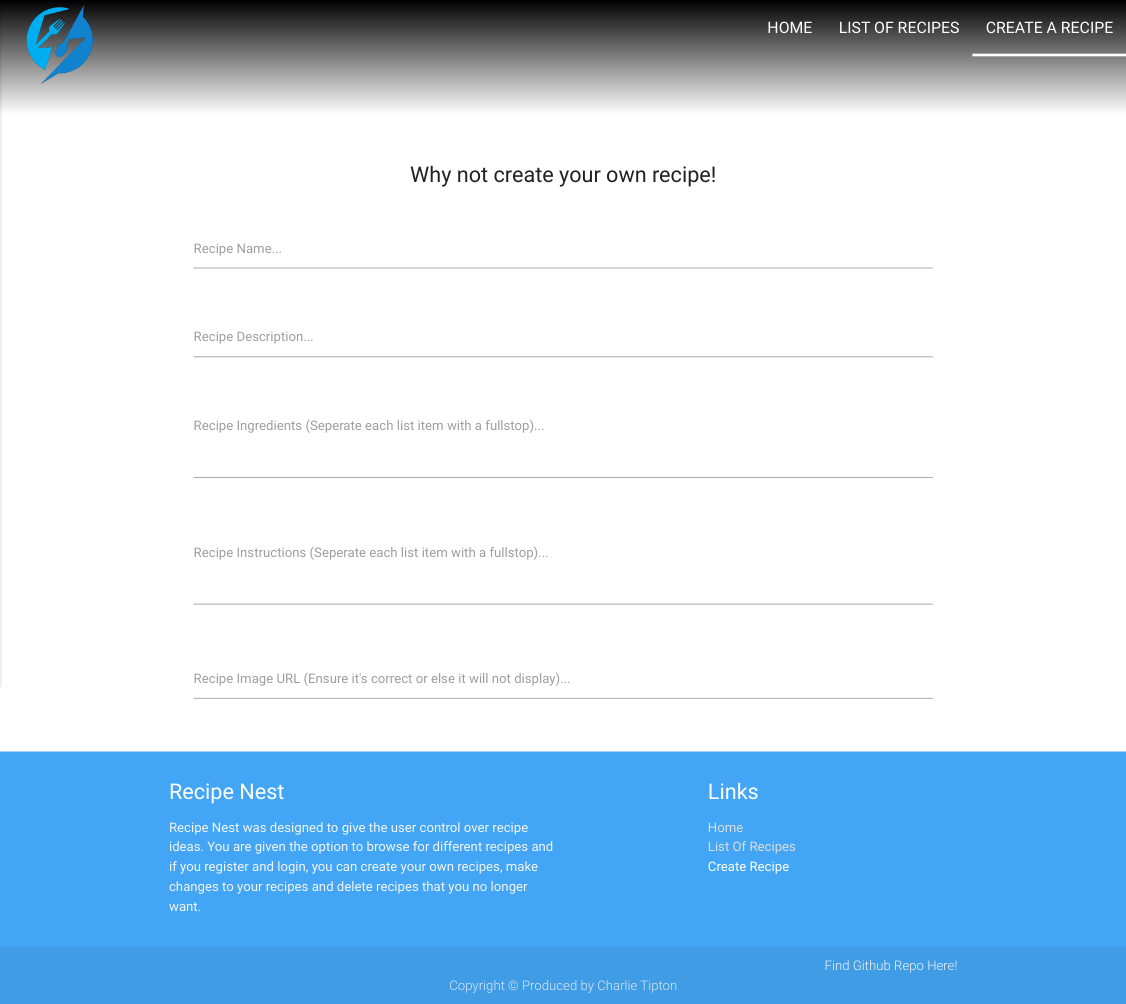
Repository: CharlieJT/Recipes
Page: http://localhost/create_recipe
The author's editor kept a record of every edit. The page is drawn from the files as they stood at one moment, then again after the next edit.
The browser window is 1280 px wide. The pictures show the whole page, at 88% of full size.
Some web libraries are served in a nearby version. The page is served by the project's application, run on Flask 3 (app.py).

Above is the page before.

### templates/create-recipe.html
{% extends 'base.html' %} {% block content %}

<!-- Recipe Navbar & Heading divider -->

<div class="container-fluid recipe-container-heading">
    <div class="row">
        <div class="col recipe-container-column">
            <div class="main-recipe-section" />
        </div>
    </div>
</div>

<!-- Main Heading -->

<section>
    <div id="recipe-container-listing" class="container-fluid ">
        <div class="row recipe-row">
            <!-- Main Recipes Header -->
            <div class="recipe-listing-column col s12">
                <h5>Why not create your own recipe!</h5>
            </div>
            <div class="container create-recipe-fields">
                <div class="row">
                    <form class="col s12">
                        <div class="row recipe-name-input-row">
                            <div class="input-field col s12">
                                <input id="create-recipe-listing" type="text" class="validate w-100">
                                <label for="create-recipe-listing-label">Recipe Name...</label>
                            </div>
                        </div>
                        <div class="row recipe-name-input-row">
                            <div class="input-field col s12">
                                <input id="create-recipe-listing" type="text" class="validate w-100">
                                <label for="create-recipe-listing-label">Recipe Description...</label>
                            </div>
                        </div>
                        <div class="row recipe-name-input-row">
                            <div class="input-field col s12">
                                <textarea id="create-recipe-listing" type="text" class="validate w-100 materialize-textarea" ></textarea>
                                <label for="create-recipe-listing-label">Recipe Ingredients (Seperate each list item with a fullstop)...</label>
                            </div>
                        </div>
                        <div class="row recipe-name-input-row">
                            <div class="input-field col s12">
                                <textarea id="create-recipe-listing" type="text" class="validate w-100 materialize-textarea" ></textarea>
                                <label for="create-recipe-listing-label">Recipe Instructions (Seperate each list item with a fullstop)...</label>
                            </div>
                        </div>
                        <div class="row recipe-name-input-row">
                            <div class="input-field col s12">
                                <input id="create-recipe-listing" type="text" class="validate w-100">
                                <label for="create-recipe-listing-label">Recipe Image URL (Ensure it's correct or else it will not display)...</label>
                            </div>
                        </div>
                    </form>
                </div>
            </div>
        </div>
    </div>

</section>



{% endblock %}

### templates/base.html
<!DOCTYPE html>
<html>

<head>
    <!--Import Google Icon Font-->
    <link href="https://fonts.googleapis.com/icon?family=Material+Icons" rel="stylesheet">

    <!--Import materialize.css-->
    <link rel="stylesheet" href="https://cdnjs.cloudflare.com/ajax/libs/materialize/0.100.2/css/materialize.min.css">

    <!-- Exteral styles -->
    <link rel="stylesheet" href="{{url_for('static', filename='css/base.css')}}" type="text/css" />
    <link rel="stylesheet" href="{{url_for('static', filename='css/index.css')}}" type="text/css" />
    <link rel="stylesheet" href="{{url_for('static', filename='css/recipe-listing.css')}}" type="text/css" />
    <link rel="stylesheet" href="{{url_for('static', filename='css/recipe.css')}}" type="text/css" />
    <link href="https://fonts.googleapis.com/icon?family=Material+Icons" rel="stylesheet">

    <!-- Favicon -->
    <link rel="icon" href="{{ url_for('static', filename='/images/favicon.ico') }}" type="image/x-icon" />

    <!--Let browser know website is optimized for mobile-->
    <meta name="viewport" content="width=device-width, initial-scale=1.0" />

    <title>Recipe Nest - {{ title }}</title>
</head>

<body>
    <!-- Main Navbar -->
    <nav class="navbar-container N/A transparent">
        <div class="nav-wrapper">
            <a href="{{ url_for('index') }}" id="recipes-logo">
                <img class="recipe-logo-image" src="static/images/recipe-nest.png" alt="Recipes Logo"/>
            </a>
            <a href="#" data-activates="mobile-demo" class="button-collapse"><i class="material-icons">menu</i></a>
            <ul id="nav-mobile" class="right hide-on-med-and-down navbar-listing">
                <li class="tab"><a class="nav-link" href="{{ url_for('index') }}">Home</a></li>
                <li class="tab"><a class="nav-link" href="{{ url_for('recipe_listing') }}">List of Recipes</a></li>
                <li class="tab"><a class="nav-link" href="{{ url_for('create_recipe') }}">Create a Recipe</a></li>
            </ul>
        </div>
    </nav>
    <ul class="side-nav" id="mobile-demo">
        <li class="tab"><a class="active" href="{{ url_for('index') }}">Home</a></li>
        <li class="tab"><a href="{{ url_for('recipe_listing') }}">List of Recipes</a></li>
        <li class="tab"><a href="{{ url_for('create_recipe') }}">Create a Recipe</a></li>
    </ul>

    {% block content %} {% endblock %}

    <!-- Footer -->
    <footer class="page-footer blue lighten-1">
        <div class="container">
            <div class="row">
                <div class="col l6 s12">
                    <h5 class="white-text">Recipe Nest</h5>
                    <p class="grey-text text-lighten-4"></p>
                    <p class="grey-text text-lighten-4">Recipe Nest was designed to give the user control over recipe ideas. You are given the option to browse for different recipes and if you register and login, you can create your own recipes, make changes to your recipes and delete recipes
                        that you no longer want.</p>
                </div>
                <div class="col l4 offset-l2 s12">
                    <h5 class="white-text">Links</h5>
                    <ul class="footer-links">
                        <li><a class="pages-footer-link" href="{{ url_for('index') }}">Home</a></li>
                        <li><a class="pages-footer-link" href="{{ url_for('recipe_listing') }}">List Of Recipes</a></li>
                        <li><a class="pages-footer-link" href="{{ url_for('create_recipe') }}">Create Recipe</a></li>
                    </ul>
                </div>
            </div>
        </div>
        <div class="footer-copyright">
            <div class="container">
                <a class="grey-text text-lighten-4 right" href="https://github.com/CharlieJT/Repices" target="_blank">Find Github Repo Here!</a>
                <div class="footer-bottom">Copyright © Produced by Charlie Tipton</div>
            </div>
        </div>
    </footer>

    <!-- Back to top icon -->
    <a href="#" class="to-top"></a>

    <script src="https://cdnjs.cloudflare.com/ajax/libs/jquery/3.2.1/jquery.min.js"></script>
    <script src="https://cdnjs.cloudflare.com/ajax/libs/materialize/0.100.2/js/materialize.min.js"></script>
    <script src="{{url_for('static', filename='js/script.js')}}"></script>
</body>

</html>

### app.py
import os
from flask import Flask, render_template, redirect, url_for, request, flash
from flask_pymongo import PyMongo, DESCENDING
from bson.objectid import ObjectId

app = Flask(__name__)

app.config["MONGO_DBNAME"] = 'myRecipes'
app.config['MONGO_URI'] = os.environ.get("MONGO_URI")

mongo = PyMongo(app)

@app.route('/')
@app.route('/index')
def index():
    """This shows a list of 3 recipes which have the highest views"""
    recipes=mongo.db.recipes.find().sort([('views-per-page', DESCENDING)]).limit(3)
    return render_template('index.html', title="Home", recipes=recipes)


@app.route('/recipe-listing')
def recipe_listing():
    """This shows a list of all of the recipes"""
    recipes=mongo.db.recipes.find()
    return render_template('recipe-listing.html', title="Recipes", recipes=recipes)


@app.route('/recipe/<recipe_id>')
def recipe(recipe_id):
    """Shows all fields in recipes & increments the views by 1"""
    mongo.db.recipes.find_one_and_update(
        {'_id': ObjectId(recipe_id)},
        {'$inc': {'views': 1}}
    )
    recipe_ingredients = mongo.db.recipes.recipe_ingredients.find_one()
    recipe = mongo.db.recipes.find_one_or_404({'_id': ObjectId(recipe_id)})
    return render_template('recipe.html', recipe=recipe)

@app.route('/create_recipe', methods=['GET', 'POST'])
def create_recipe():
    return render_template('create-recipe.html')


if __name__ == '__main__':
    app.run(host=os.environ.get('IP'),
    port=int(os.environ.get('PORT')),
    debug=True)

### static/css/base.css
/* ---------- Home Page Cards ----------*/

html {
    scroll-behavior: smooth;
}

.recipe-card {
    background-color: #fff;
    padding: 20px;
    margin: 6em 2em;
    border-radius: 10px;
    text-align: center;
}

.recipe-image {
    display: flex;
    justify-content: center;
    width: 100%;
    border-radius: 10px;
    margin: auto;
}

.recipe-view-more-button {
    display: flex;
    justify-content: center;
    width: 100%;
}

/* ---------- Main Nav Bar ----------*/

.navbar-container {
    position: fixed;
    box-shadow: none;
    height: 64px;
    line-height: 64px;
    transition: background-color 0.3s ease-in, box-shadow 0.3s ease-in;
    z-index: 1000;
}

.logo-image {
    background: url(../images/main-logo-image.png);
}

#recipes-logo {
    float: right;
}

.recipe-logo-image {
    width: 95px;
    transition: width 0.15s ease-in;
    margin: 10px 20px 0;
}

.brand-logo {
    right: 3 !important;
}

.tabs {
    height: 64px;
}

.tab a {
    font-size: 1.2em !important;
    text-transform: uppercase;
}

.tab {
    line-height: 61px !important;
}

.navbar-listing .active {
    background-color: transparent;
    border-bottom: 3px solid #fff;
}

.side-nav {
    padding: 64px 0 0 0;
    z-index: 10000;
}

/* ---------- Footer ----------*/

.footer-bottom {
    clear: both;
    text-align: center;
}

.footer-links a {
    color: #ddd;
}

.footer-links .active a {
    color: #fff;
}

/* ---------- Back to top icon ----------*/

.to-top {
	color :white;
	padding-top: 1.8em;
	display: inline-block;/* or block */
	position: fixed;
	bottom: 30px;
    right: 45px;
	text-decoration:none;
	transition:all .3s ease-out;
	opacity: 0;
	z-index: 1000;
}

.to-top:before {
	content: url(../images/chevron-up.png);
    font-size: 1.9em;
	position: absolute;
	text-align: center;
	background-color: #00000050;
	top: 0;
	left: 50%;
	margin-left:-.7em;
	border:solid .13em white;
	border-radius: 10em;
	width: 1.6em;
	height: 1.6em;
	line-height: 1.3em;
	border-color: inherit;
	transition: transform .5s ease-in;
}
.to-top:hover {
	border-color: #42a5f5;
}
.to-top:hover:before {
    content: url(../images/chevron-up-blue.png);
	transform: rotate(360deg);
}

/* ---------- Media Queries ----------*/

@media only screen and (min-width: 480px) {
    section {
        width: 480px;
        margin: auto;
    }
}

@media only screen and (min-width: 768px) {
    section {
        width: 768px;
        margin: auto;
    }
}

@media only screen and (min-width: 992px) {
    section {
        width: 992px;
        margin: auto;
    }
    #recipes-logo {
        float: left;
    }
}



@media only screen and (min-width: 1200px) {
    section {
        width: 1200px;
        margin: auto;
    }
}

### static/css/index.css
/* ---------- Main Image ----------*/

.title-container {
    display: flex;
    align-items: center;
    height: 100vh;
    color: #fff;
}

.main-heading-column {
    background-color: #000000a6;
    border-radius: 10px;
}

.title-container .row {
    opacity: 0;
    filter: blur(100px);
    animation: FadeInGreeting 1.5s 1s forwards ease-in-out;
}

.title-container h1 {
    text-align: center;
    font-size: 2.4rem;
}

.search-button {
    display: flex;
    justify-content: center;
}

.down-arrow-link {
    color: white;
}

.down-arrow {
    display: flex !important;
    position: absolute;
    left: 49vw;
    right: 50vw;
    font-size: 3.7rem !important;
    justify-content: center;
    animation: scrollDown 0.4s alternate-reverse infinite cubic-bezier(1,-0.01, 0.79, 0.54);
}

.main-image-container {
    background: url(../images/recipe-nest-main-image.png) fixed center center no-repeat;
    height: 100%;
}

.main-recipe-images-column {
    padding: 0 !important;
}

main-recipe-images-column {
    height: 80vh;
}

.opaque-background {
    background-color: #00000061;
}

/* label color */

.recipe-label {
    color: #fff;
}

/* label focus color */

.input-field input[type=text]:focus+label {
    color: #fff;
}

/* label underline focus color */

.input-field input[type=text]:focus {
    border-bottom: 1px solid #fff;
    box-shadow: 0 1px 0 0 #000;
}

/* valid color */

.input-field input[type=text].valid {
    border-bottom: 1px solid #fff;
    box-shadow: 0 1px 0 0 #fff;
}

/* invalid color */

.input-field input[type=text].invalid {
    border-bottom: 1px solid #fff;
    box-shadow: 0 1px 0 0 #fff;
}

/* label focus color */

.input-field input:focus+label {
    color: #42a5f5 !important;
}

/* label underline focus color */

.row .input-field input:focus {
    border-bottom: 1px solid #42a5f5 !important;
    box-shadow: 0 1px 0 0 #42a5f5 !important;
}

.recipe-search-bar:focus {
    border-bottom: 1px solid #42a5f5 !important;
    -webkit-box-shadow: 0 1px 0 0 #26a69a !important;
    box-shadow: 0 1px 0 0 #42a5f5 !important;
}

/* ---------- Recipe Cards ----------*/

#recipe-container-main {
    background-color: #fff;
}

.down-arrow {
    position: absolute;
    left: 50%;
}

.card-surrounding {
    max-width: 265px;
    margin: auto;
}

.card {
    margin: 2.5rem 0 2.5rem 0;
}

.recipe-image {
    padding: 10px;
    border-radius: 15px !important;
}

.most-viewed-divider {
    width: 150px;
}

.mostly-viewed-heading-column {
    margin: 60px;
    margin: 5.5rem auto 1.5rem;
}

.mostly-viewed-heading-column h5 {
    text-align: center;
    margin: auto;
}

#recipe-container-main .row {
    margin: 0;
}

#recipe-container-main .col {
    padding: 0 2.75rem;
}

.recipe-name,
.recipe-close {
    position: relative;
    width: 100%;
    font-size: 1.1rem !important;
    font-weight: 400 !important;
}

.recipe-name i {
    top: 0;
    right: -15px;
}

.recipe-close i {
    position: absolute;
    right: 0;
    top: 0;
    margin-top: 30px;
    margin-right: 12px;
}

.card-title-spacer {
    display: flex;
    height: 120px;
}

.more-info {
    position: absolute;
}

.button-container {
    display: flex;
    justify-content: center;
    width: 100%;
}

/* ---------- Media Queries ----------*/

@media only screen and (min-width: 992px) {
    .recipe-row {
        width: 992px;
        margin: auto !important;
    }
    .title-container h1 {
        font-size: 3rem;
    }
}

@media only screen and (min-width: 1050px) {
    .main-image-container {
        background-size: 100%;
    }
}

@media only screen and (min-width: 1200px) {
    .recipe-row {
        width: 1200px;
        margin: auto !important;
    }
}



/* ---------- Keyframes (Animations) ----------*/

@-webkit-keyframes scrollDown {
    from {
        margin-top: 0;
    }
    to {
        margin-top: 8px;
    }
}

@keyframes scrollDown {
    from {
        margin-top: 0;
    }
    to {
        margin-top: 8px;
    }
}

@-webkit-keyframes FadeInGreeting {
    from {
        opacity: 0;
    }
    to {
        opacity: 1;
    }
}

@keyframes FadeInGreeting {
    from {
        opacity: 0;
        filter: blur(100px);
    }
    to {

        opacity: 1;
        filter: blur(0px);
    }
}

### static/css/recipe-listing.css
.recipe-container-heading .recipe-container-column {
    background: linear-gradient(#000, #fff);
    height: 130px;
    width: 100%;
}

.recipe-listing-column {
    margin: 60px;
    margin: 1.5rem auto 1.5rem;
    text-align: center;
}

.search-recipe-listing-label {
    color: #000;
}

### static/css/recipe.css
.recipe-page-image {
    width: 100%;
    max-width: 300px;
    max-height: 300px;
}

.recipe-description-row {
    height: 300px;
}

### static/js/script.js
const goBack = document.getElementsByClassName("go-back");
const buttonCollapse = document.getElementsByClassName("button-collapse");
const navbarContainer = document.getElementsByClassName("navbar-container");
const recipeLogoImage = document.getElementsByClassName("recipe-logo-image");
const toTop = document.getElementsByClassName("to-top");

/*
Whatever code is written inside the JQuery ready method will run once the page Document Object Modal (DOM)
is ready to execute JavaScript code.
*/

$(document).ready(() => {
    // This is the jquery that gives the mobile burger icon the ability to toggle the mobile sidedrawer
    $(buttonCollapse).sideNav();
    $('input#input_text, textarea#textarea2').characterCounter();
    // Will check to see if the window has been scrolled 50px from the top.
    $(window).scroll(() => {
        const joinedNATransparent = ['N/A', 'transparent'].join(' ');
        if ($(document).scrollTop() > 50) {
            $(navbarContainer).removeClass(joinedNATransparent).css('background-color', '#000000a3');
            $(recipeLogoImage).css({ 'width': '66px', 'margin-top': '0px' });
            $(toTop).css('opacity', '1');
        }
        else {
            $(navbarContainer).addClass(joinedNATransparent);
            $(recipeLogoImage).css({ 'width': '95px', 'margin-top': '5px' });
            $(toTop).css('opacity', '0');
        }
    });
    // Will remove active class and add new active class depending on which is matched with the pathname.
    $('li.active').removeClass('active');
    $('a[href="' + location.pathname + '"]').closest('li').addClass('active');

    // Will take the user back to the previous page on click.
    $(goBack).on("click", () => {
        window.history.back();
    });
});

After the next edit:
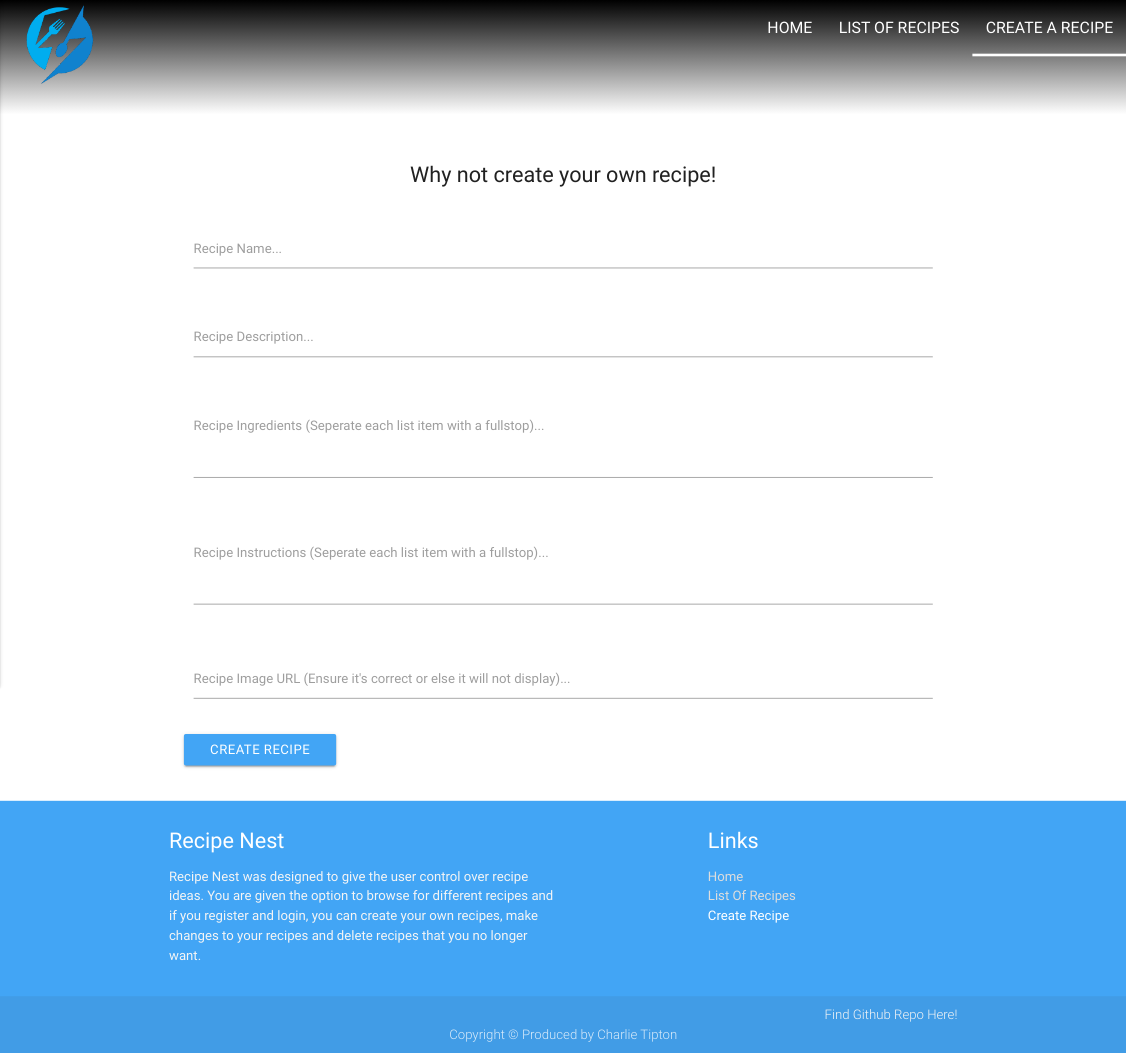
The edit:
--- a/templates/create-recipe.html
+++ b/templates/create-recipe.html
@@ -52,6 +52,9 @@
                                 <label for="create-recipe-listing-label">Recipe Image URL (Ensure it's correct or else it will not display)...</label>
                             </div>
                         </div>
+                        <div class="row recipe-name-input-button-row">
+                            <button class="btn waves-effect waves-light blue lighten-1" type="submit" name="action">Create Recipe</button>
+                        </div>
                     </form>
                 </div>
             </div>
